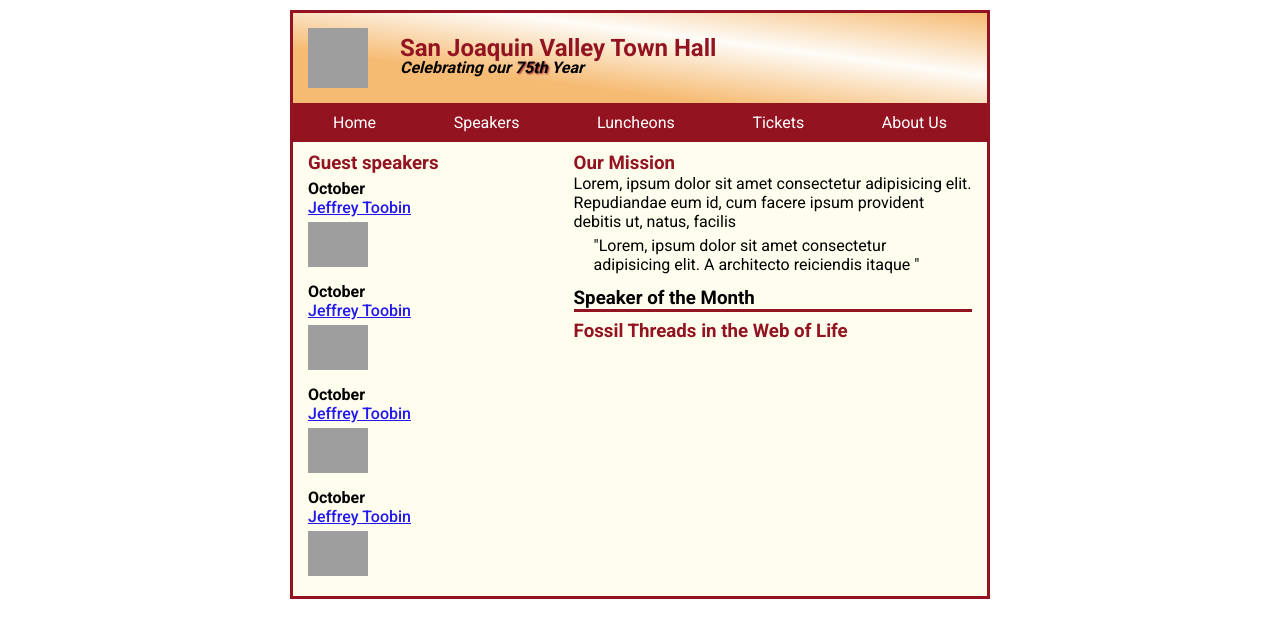
Repository: Mannj-nef/ex-5-6-7-8_IvVettech
Page: index.html
An editor plug-in stored every save of this project. The page is shown before and after the next save, followed by the edit.
The browser window is 1280 px wide. The pictures show the whole page.
Pictures or frames that could not be fetched are drawn as grey boxes.

Above is the page before, as saved 2022-03-24 22:18:58.

After the next save:
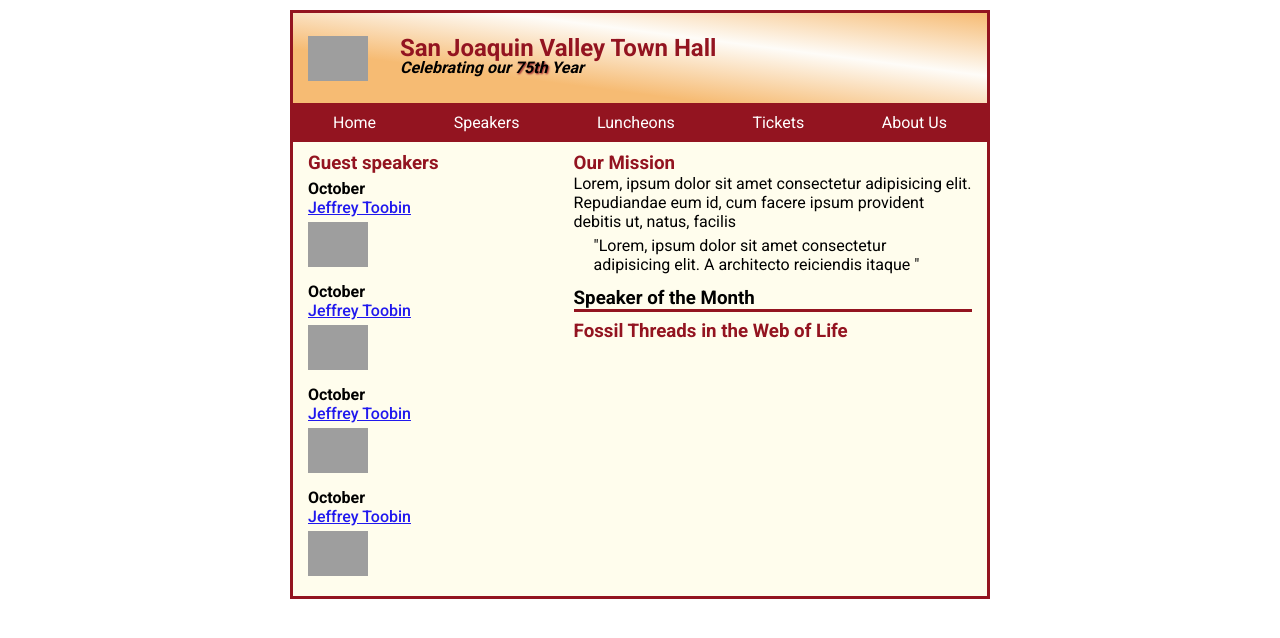
Saved 9 s later.
--- a/Asset/style.css
+++ b/Asset/style.css
@@ -41,7 +41,7 @@
 .header-image {
   width: 100%;
   height: 100%;
-  object-fit: cover;
+  object-fit: contain;
 }
 .header-main {
   line-height: 20px;

After the save that followed:
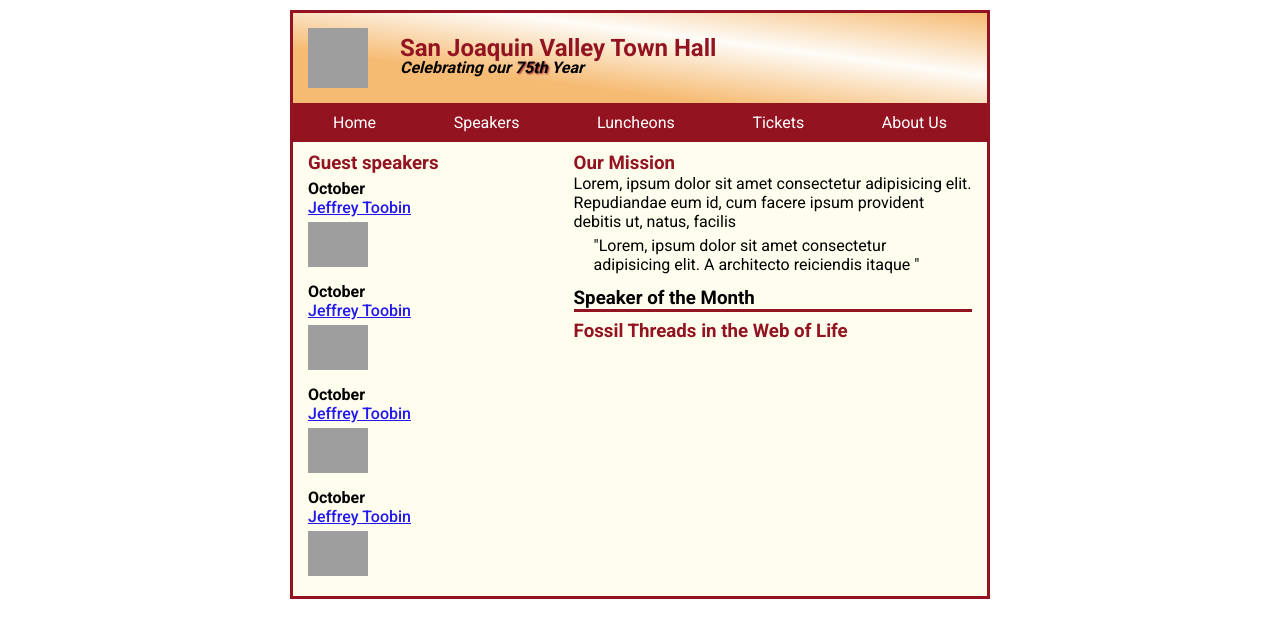
Saved 8 s later.
--- a/Asset/style.css
+++ b/Asset/style.css
@@ -41,7 +41,7 @@
 .header-image {
   width: 100%;
   height: 100%;
-  object-fit: contain;
+  object-fit: cover;
 }
 .header-main {
   line-height: 20px;
